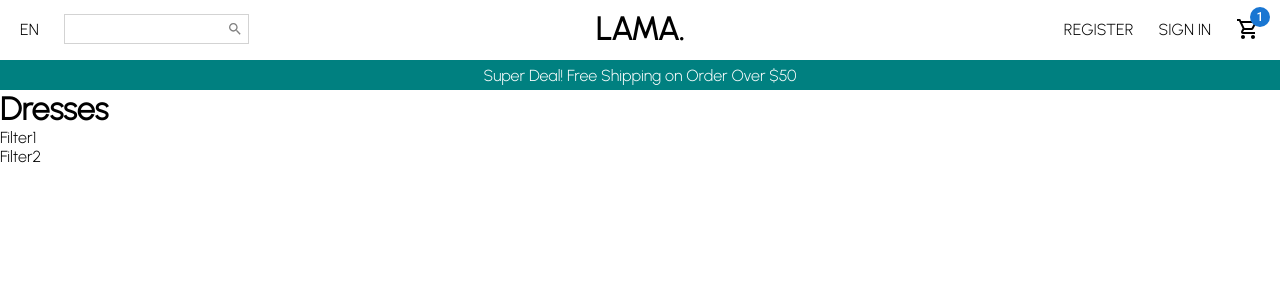
Repository: kmvaghela/ECOMMERCE
Page: /
An editor plug-in stored every save of this project. The page is shown before and after the next save, followed by the edit.
The browser window is 1280 px wide. The pictures show the whole page.
The project was rebuilt for these pictures with package versions that can differ from the ones it lists, and the page was loaded fresh each time. Also part of the build but not shown: src/data.js, src/components/CategoryItem.jsx, src/components/Categories.jsx, src/components/Product.jsx, src/components/Products.jsx, src/components/Slider.jsx, src/components/Newsletter.jsx, src/components/Footer.jsx and 1 more.

Above is the page before, as saved 2022-02-23 21:18:45.

After the next save:
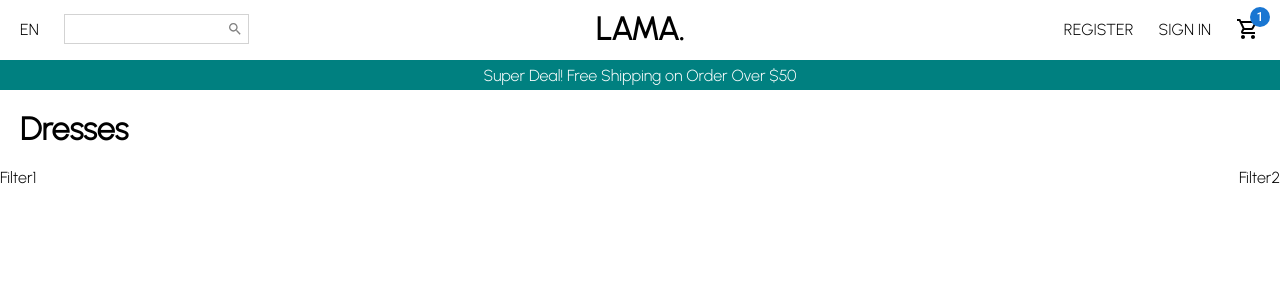
Saved 116 s later.
--- a/src/pages/ProductList.jsx
+++ b/src/pages/ProductList.jsx
@@ -5,8 +5,15 @@
 
 const Container = styled.div``;
 
-const Title = styled.h1``;
-const FilterContainer = styled.div``;
+const Title = styled.h1`
+  margin: 20px;
+`;
+
+const FilterContainer = styled.div`
+  display: flex;
+  justify-content: space-between;
+`;
+
 const Filter = styled.div``;
 
 const ProductList = () => {
